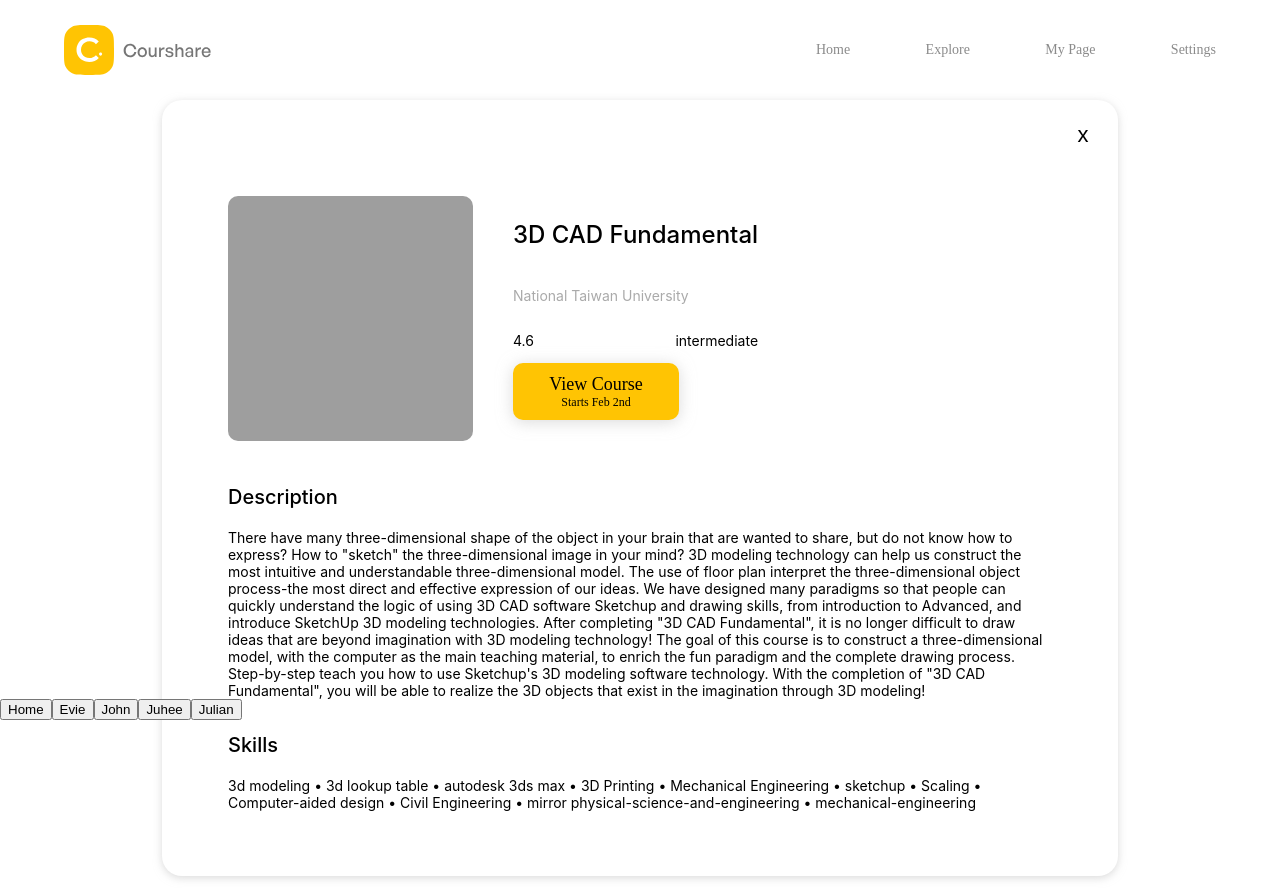
Repository: julianm09/courshare-app
Page: /comps/juhee
These files come from the project's save history. The page is drawn as it stood at one moment and after the next save; the edit follows.
The browser window is 1280 px wide. The pictures show the whole page.
Pictures or frames that could not be fetched are drawn as grey boxes. The project was rebuilt for these pictures with package versions that can differ from the ones it lists, and the page was loaded fresh each time. The framework's server and built-in components were replaced by stand-ins that run in the browser. Also part of the build but not shown: next.config.js.

Above is the page before, as saved 2022-02-07 14:40:55.

After the next save:
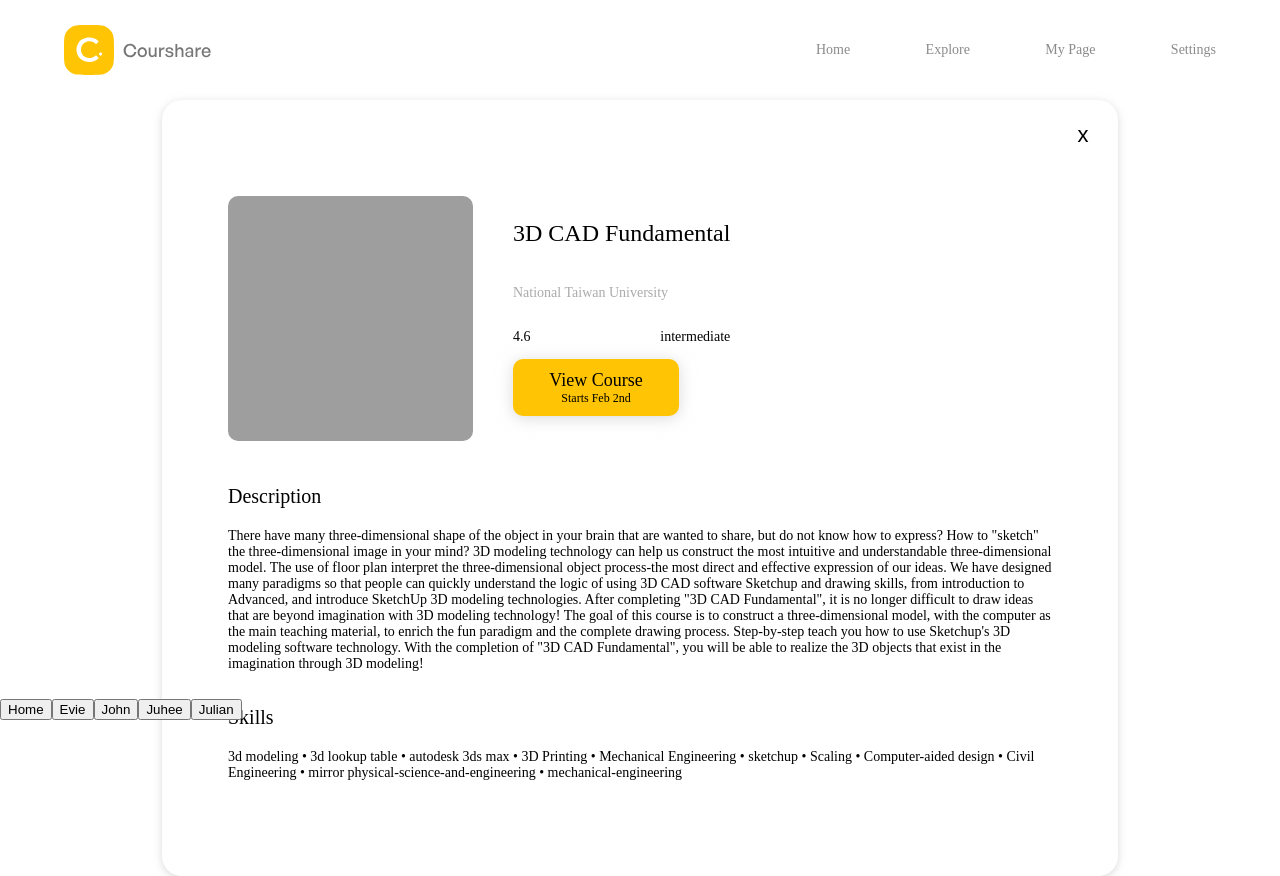
Saved 27 s later.
--- a/components/CourseDetailCard.js
+++ b/components/CourseDetailCard.js
@@ -10,6 +10,7 @@ const BigCont = styled.div`
   background-color: #ffffff;
   box-shadow: 0px 2px 8px 0px rgba(185, 185, 185, 0.52);
   border-radius: 20px;
+  font-family: General Sans;
 `;
 const ButtonCont = styled.div`
   display: flex;
